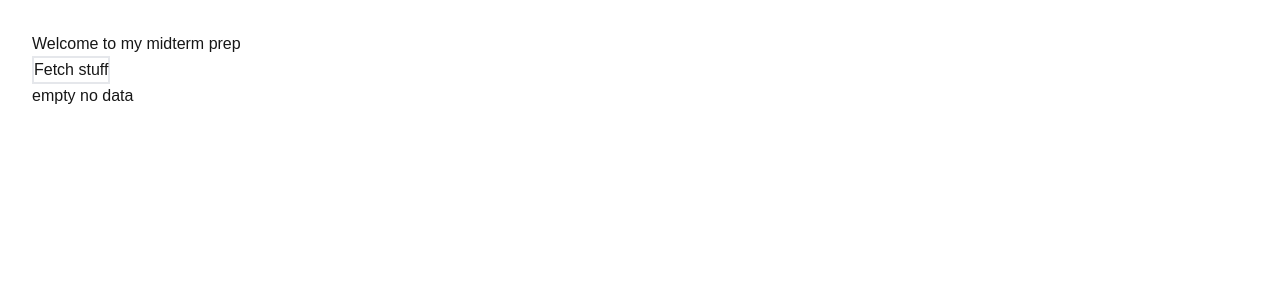
Repository: MonicaNguyenH/MDIA3126
Page: / (app in midterm-prep/)
An editor plug-in stored every save of this project. The page is shown before and after a run of saves, followed by the edit.
The browser window is 1280 px wide. The pictures show the whole page.
The project was rebuilt for these pictures with package versions that can differ from the ones it lists, and the page was loaded fresh each time. The framework's server and built-in components were replaced by stand-ins that run in the browser. Also part of the build but not shown: midterm-prep/next.config.mjs.

Above is the page before, as saved 2024-10-29 14:44:12.

### midterm-prep/src/app/page.js
"use client"
import { useState } from "react";

// TODO
// - add button
// - function to fetch data
// - fuction to add data to state
// - make it responsive
// - display data
// - function to clear data
// - component for empty state
// = component for data state
// - error handling if the data doesnt come back

export default function Home() {
  // if usestate is not null, probally fetching or loading data, or have data
  // if usestate = data, we can display our data
  const[astronomyData, setAstronomyData] = useState(null);
  const[loading, setLoading] = useState(null);

  async function fetchAstronomyData() {
    // fetch data
    // waiting for other service to send back the data (getting result somewhere else)

    setLoading(true);
    const response = await fetch("https://api.nasa.gov/planetary/apod?api_key=DEMO_KEY&count=5")

    const data = await response.json();

    // setAstronomyData(data);
    // setLoading(false);
  };

  const DisplayAstronomyData = () => {
    // display if we have data
    // loading state (maybe data?)
    // fulfilled state (data exists)
    // empty state (!data)

    if(loading) return <div>Loading</div>

    return (
      <p>empty no data</p>
    )
  };

  const Header = () => {
    // build the UI that grabs data
    return<header>
      Welcome to my midterm prep
      <br />
      <button className="border-solid border-2" onClick={fetchAstronomyData}>Fetch stuff</button>
    </header>
  }


  return (
    <div className="m-8">
      <Header />
      <DisplayAstronomyData />
    </div>
  );
}

Loaded but not shown: midterm-prep/src/app/layout.js (common file); midterm-prep/src/app/globals.css (common file); midterm-prep/tailwind.config.js (common file)

After the next 2 saves:
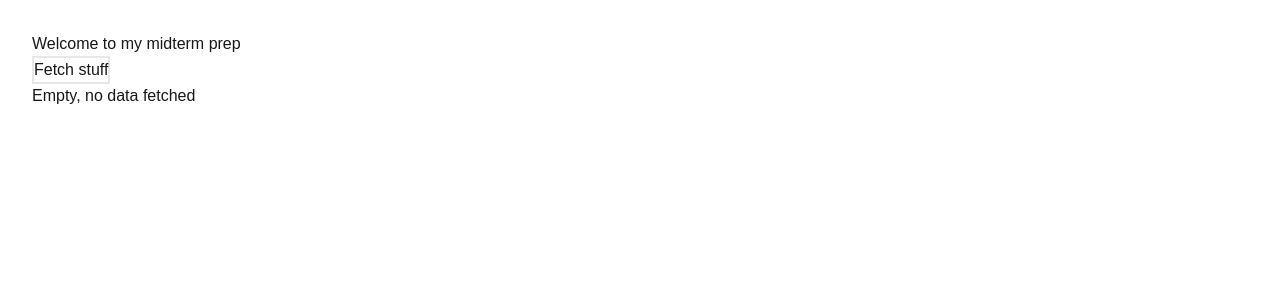
The 2 saves are shown as one change because they came seconds apart.
The last was saved 34 s later.
--- a/midterm-prep/src/app/page.js
+++ b/midterm-prep/src/app/page.js
@@ -38,10 +38,7 @@ export default function Home() {
     // empty state (!data)
 
     if(loading) return <div>Loading</div>
-
-    return (
-      <p>empty no data</p>
-    )
+    return <div>Empty, no data fetched</div>
   };
 
   const Header = () => {
